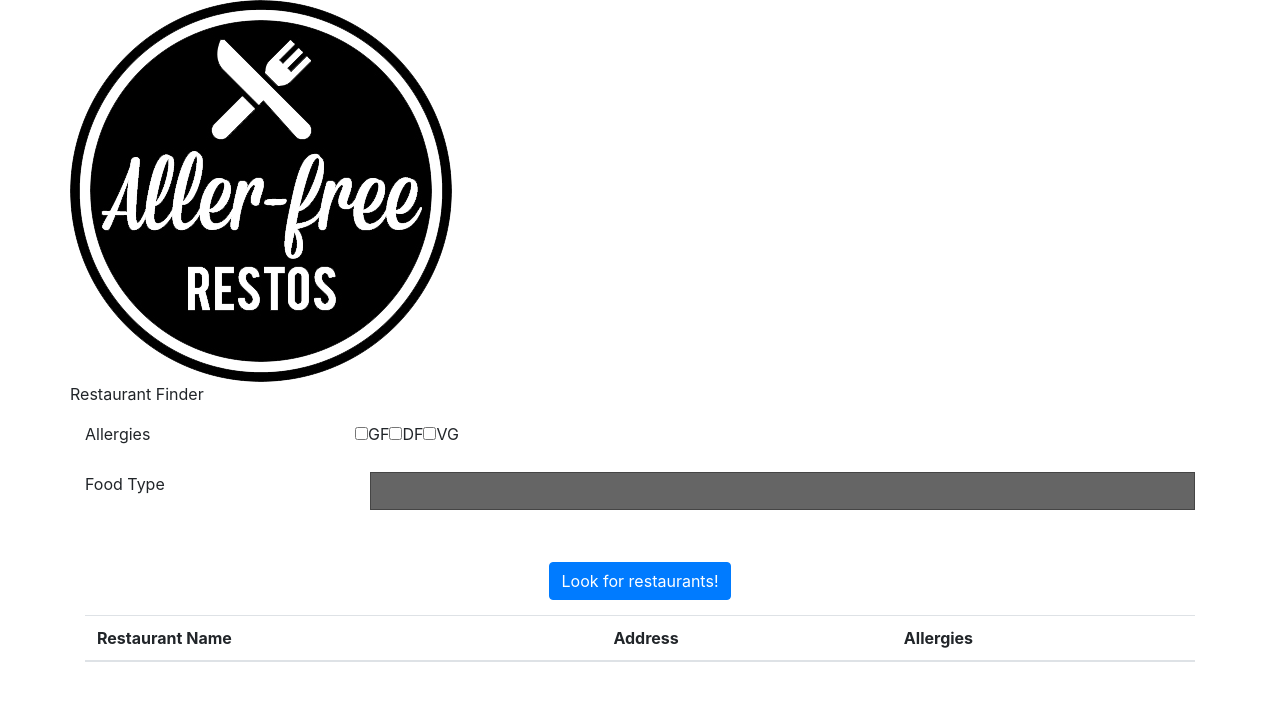
Repository: KobeRox/Loremips
Page: index.html
An editor plug-in stored every save of this project. The page is shown before and after the next save, followed by the edit.
The browser window is 1280 px wide. The pictures show the whole page.
The pointer rests on the first visible `#searchbar`.
Some web libraries are served in a nearby version.

Above is the page before, as saved 2019-09-08 16:40:04.
Console error: TypeError: Cannot read properties of undefined (reading 'fn')

After the next save:
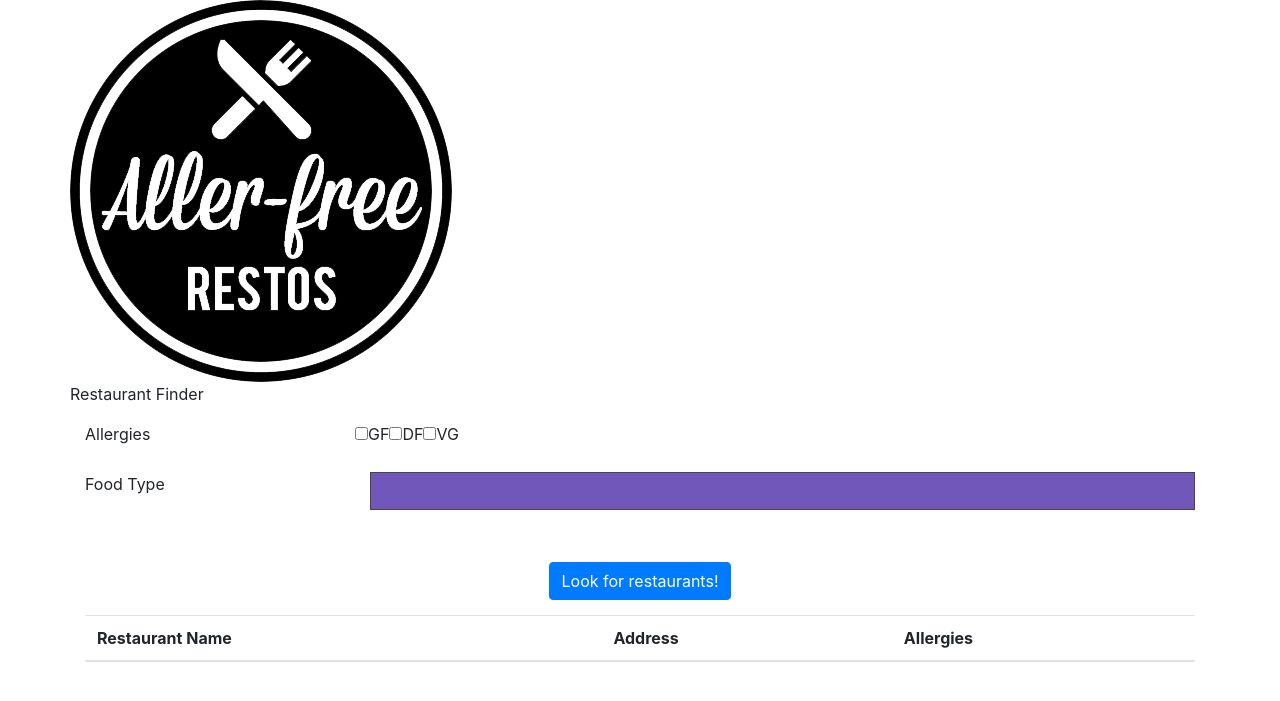
Saved 43 s later.
--- a/style.css
+++ b/style.css
@@ -6,7 +6,7 @@
   height: 0 0 30px;
 }
 #searchbar:hover {
-  background: #656565;
+  background: #7157b9;
 }
 #searchbar:active {
   box-shadow: 0 0 30px #96f226;
